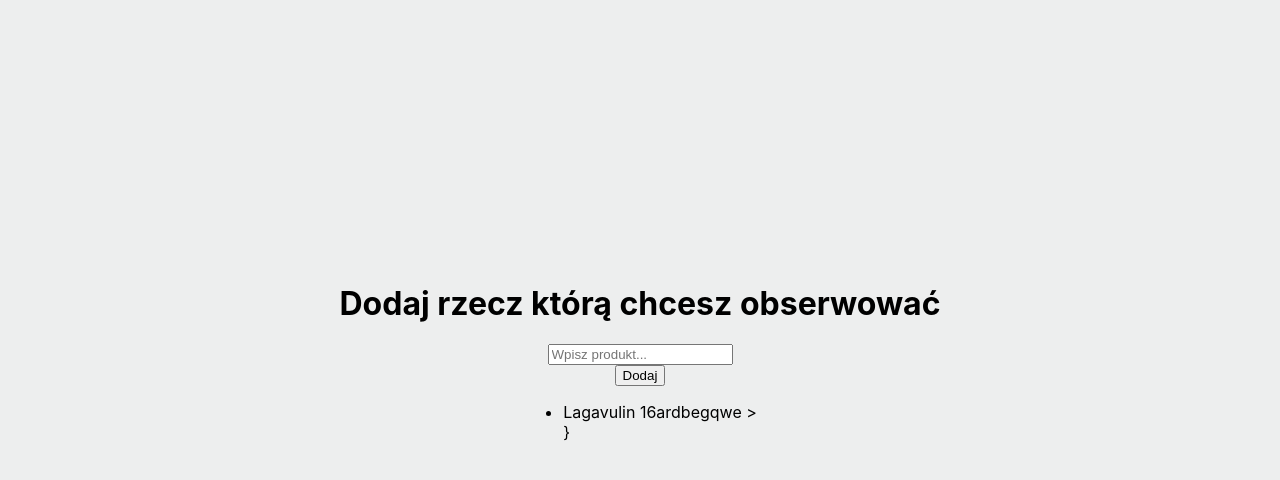
Repository: matedoo/crawler
Page: /MainApp
The author's editor kept a copy of each file at every save. The page is drawn from the files as they stood at one save, then again after the next save.
The browser window is 1280 px wide. The pictures show the whole page.
The project was rebuilt for these pictures with package versions that can differ from the ones it lists, and the page was loaded fresh each time. Requests to the local data server were answered from the project's data file. Also part of the build but not shown: src/Components/button.js, src/Components/LoginComponents/LoginApp.js, src/Components/LoginComponents/RegisterApp.js, src/Components/btnContainer.js, src/Components/heading.js, src/Components/LoginComponents/StartApp.js, src/Components/MainApp/MainAppElement.js.

Above is the page before, as saved 2020-04-27 19:10:37.

### public/index.html
<!DOCTYPE html>
<html lang="en">
  <head>
    <meta charset="utf-8" />
    <link rel="icon" href="%PUBLIC_URL%/favicon.ico" />
    <meta name="viewport" content="width=device-width, initial-scale=1" />
    <meta name="theme-color" content="#000000" />
    <meta
      name="description"
      content="Web site created using create-react-app"
    />
    <link rel="apple-touch-icon" href="%PUBLIC_URL%/logo192.png" />
    <!--
      manifest.json provides metadata used when your web app is installed on a
      user's mobile device or desktop. See https://developers.google.com/web/fundamentals/web-app-manifest/
    -->
    <link rel="manifest" href="%PUBLIC_URL%/manifest.json" />
    <!--
      Notice the use of %PUBLIC_URL% in the tags above.
      It will be replaced with the URL of the `public` folder during the build.
      Only files inside the `public` folder can be referenced from the HTML.

      Unlike "/favicon.ico" or "favicon.ico", "%PUBLIC_URL%/favicon.ico" will
      work correctly both with client-side routing and a non-root public URL.
      Learn how to configure a non-root public URL by running `npm run build`.
    -->
    <title>Racoon</title>
  </head>
  <body>
    <noscript>You need to enable JavaScript to run this app.</noscript>
    <div id="root"></div>

  </body>
</html>

### src/App.js
import React from 'react';
import LoginApp from './Components/LoginComponents/LoginApp'
import RegisterApp from './Components/LoginComponents/RegisterApp'
import StartApp from './Components/LoginComponents/StartApp'
import MainApp from './Components/MainApp/MainApp'
import {BrowserRouter as Router, Switch, Route} from 'react-router-dom'




class App extends React.Component {

  render(){
    return (
      <Router>
        <Switch>
          <Route path='/' exact component={StartApp}></Route>
          <Route path='/LoginApp' component={LoginApp}></Route>
          <Route path='/RegisterApp' component={RegisterApp}></Route>
          <Route path='/MainApp' component={MainApp}></Route>
        </Switch>
      </Router>
    );
  }
}



export default App;

### src/Components/MainApp/MainApp.js
import React, { useState, useEffect } from 'react';
import styled from 'styled-components';
import MainAppElement from './MainAppElement'


//http://localhost:4000/items

function MainApp(props) {
  const [elementsListState, setElementsListState] = useState({ elementsList: [], inputValue: '', error: ''})

  const [fetchedData, setFetchedData] = useState({title: '', id: 0})
  const [dataError, setDataError] = useState(null)
  const [apiItems, setApiItems] = useState('items')
  const [isLoading, setIsLoading] = useState(true)

  useEffect(() => {
    const myFetch = async () => {
      setIsLoading(true)

      try {
        const response = await fetch(`http://localhost:4000/${apiItems}`)
        const responseParsed = await response.json()
        // console.log(responseParsed[0]);

        setIsLoading(false)
        setFetchedData({
          title: responseParsed.map(element => element.title),
          id: responseParsed.map(element => element.id)
        })


        // elementsListState.push(responseParsed)
      } catch(dataError){
        setIsLoading(false)
        setDataError(dataError)
      }

    }
    myFetch()
  }, [apiItems])
  console.log(fetchedData);




  if(isLoading){
    return <p>Loading...</p>
  }
  if(dataError){
    return <p>Error...</p>
  }

  const handleInputChange = (event) => {
    const { value } = event.target
    setElementsListState({
      ...elementsListState,
      inputValue: value
    })

  }
  const handleButtonClick = () => {
    const { elementsList } = elementsListState;

    if(!inputValue) return;

    if(elementsList.some(element => element === inputValue)){
      setElementsListState({
        ...elementsListState,
        error: 'Ten produkt już istnieje',
        inputValue: '',
      })
      return;
    }
    setElementsListState({
      error: '',
      elementsList: [...elementsList, inputValue],
      inputValue: ''
    })
  }

  const handleElementRemove = (elementValue) => {
    setElementsListState({
      ...elementsListState,
      elementsList: elementsList.filter(element => element !== elementValue)
    })
  }
  const { error, elementsList, inputValue} = elementsListState;
    return (
      <LoginAppStyled>
        <h1>Dodaj rzecz którą chcesz obserwować</h1>
        {elementsList.map((element) => (
          <MainAppElement
            key={element}
            element={element}
            handleCloseClick={handleElementRemove}
          />
        ))}
        <input
          name='listelemt'
          placeholder='Wpisz produkt...'
          value={inputValue}
          onChange={handleInputChange}
        />
        <button onClick={handleButtonClick}>Dodaj</button>
        {!!error && <p>{error}</p>}
        <div>
        <ul>
        {/* {fetchedData.title} */}
        <li >{fetchedData.title} ></li>}
        </ul>
        </div>
      </LoginAppStyled>
    );

}

export default MainApp;



const LoginAppStyled = styled.div`
   background-color: #edeeee;
   margin: 0;
   padding:0;
   height: 100vh;
   width: 100%;
   display: flex;
   align-items: center;
   justify-content: center;
   flex-direction: column;
`

### db.json
{
  "items": [
    {
      "title": "Lagavulin 16",
      "id": 1
    },
    {
      "title": "ardbeg",
      "id": 3
    },
    {
      "title": "qwe",
      "id": 4
    }
  ]
}

Loaded but not shown: src/index.js (common file); src/styles/index.css (common file); src/serviceWorker.js (common file)

After the next save:
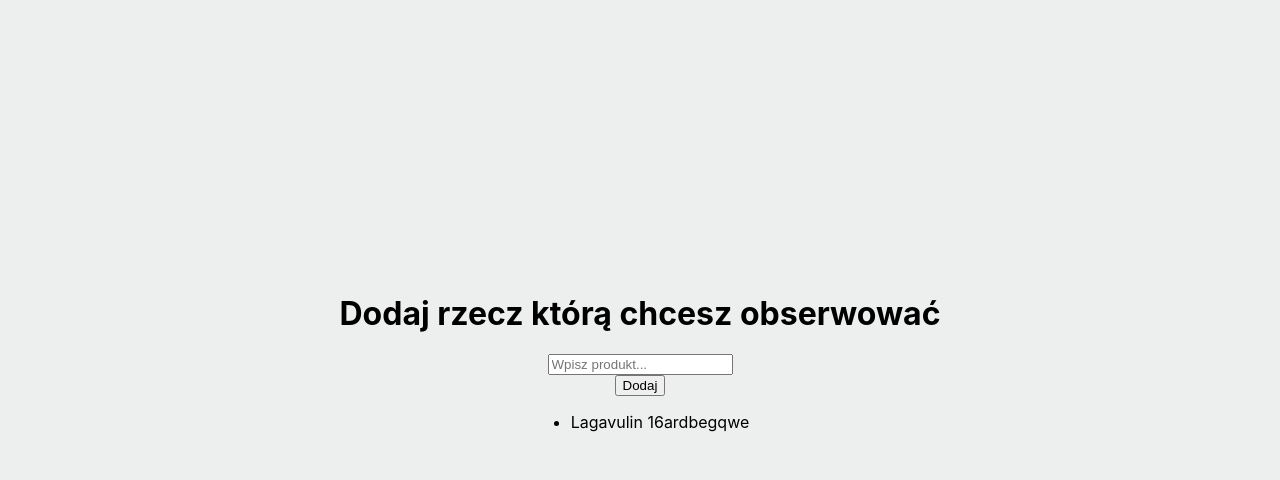
Saved 9 s later.
--- a/src/Components/MainApp/MainApp.js
+++ b/src/Components/MainApp/MainApp.js
@@ -106,7 +106,7 @@ function MainApp(props) {
         <div>
         <ul>
         {/* {fetchedData.title} */}
-        <li >{fetchedData.title} ></li>}
+        <li >{fetchedData.title} </li>
         </ul>
         </div>
       </LoginAppStyled>
